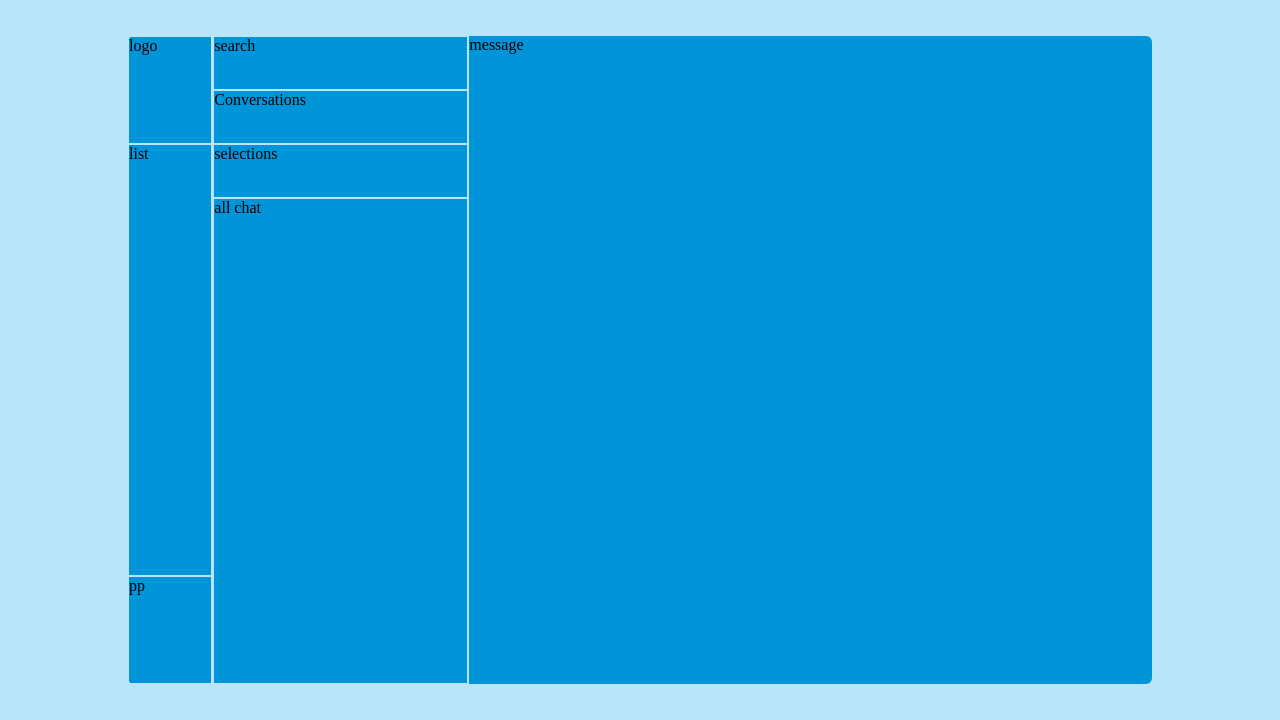
Repository: arafat877/super-chat
Page: /
An editor plug-in stored every save of this project. The page is shown before and after the next save, followed by the edit.
The browser window is 1280 px wide. The pictures show the whole page.
The project was rebuilt for these pictures with package versions that can differ from the ones it lists, and the page was loaded fresh each time.

Above is the page before, as saved 2020-08-04 22:12:19.

After the next save:
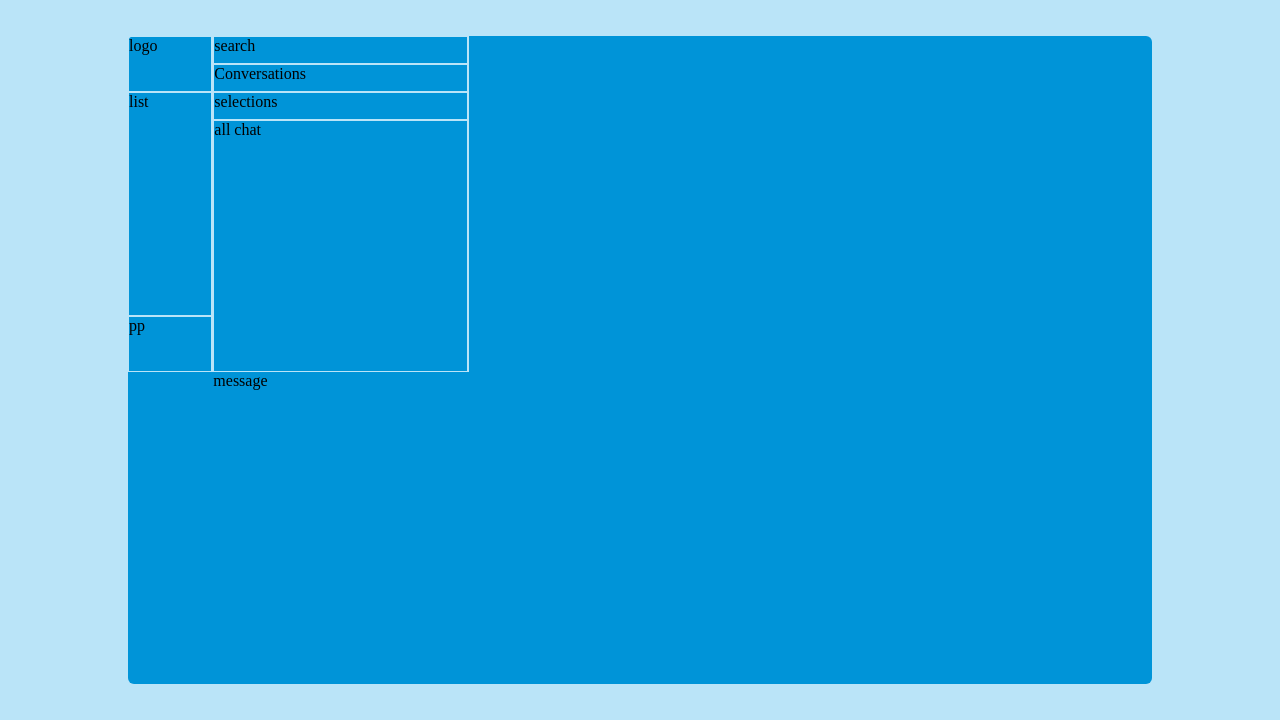
Saved 66 s later.
--- a/src/App.scss
+++ b/src/App.scss
@@ -60,22 +60,28 @@
         grid-row-end: 2;
       }
 
-      .ccTitle{
+      .ccTitle {
         border: solid thin var(--main-bg-light); //temporary
         grid-row-start: 2;
         grid-row-end: 3;
       }
 
-      .ccSelection{
+      .ccSelection {
         border: solid thin var(--main-bg-light); //temporary
         grid-row-start: 3;
         grid-row-end: 4;
       }
-      .ccAllChat{
+      .ccAllChat {
         border: solid thin var(--main-bg-light); //temporary
         grid-row-start: 4;
         grid-row-end: 13;
       }
     }
+    .messagesColumn {
+        grid-column-start: 2;
+        grid-column-end: 5;
+        display: grid;
+        grid-template-rows: repeat(12, 1fr);
+    }
   }
 }

After the save that followed:
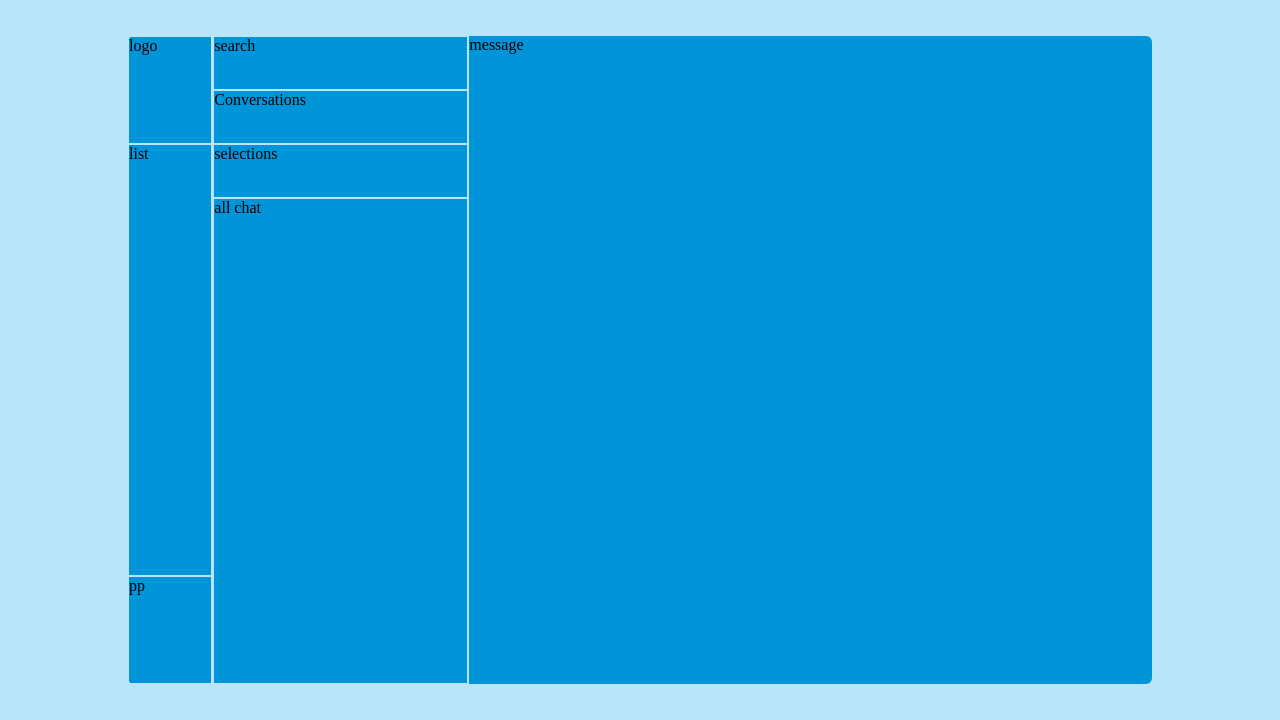
Saved 21 s later.
--- a/src/App.scss
+++ b/src/App.scss
@@ -78,8 +78,8 @@
       }
     }
     .messagesColumn {
-        grid-column-start: 2;
-        grid-column-end: 5;
+        grid-column-start: 5;
+        grid-column-end: 13;
         display: grid;
         grid-template-rows: repeat(12, 1fr);
     }
